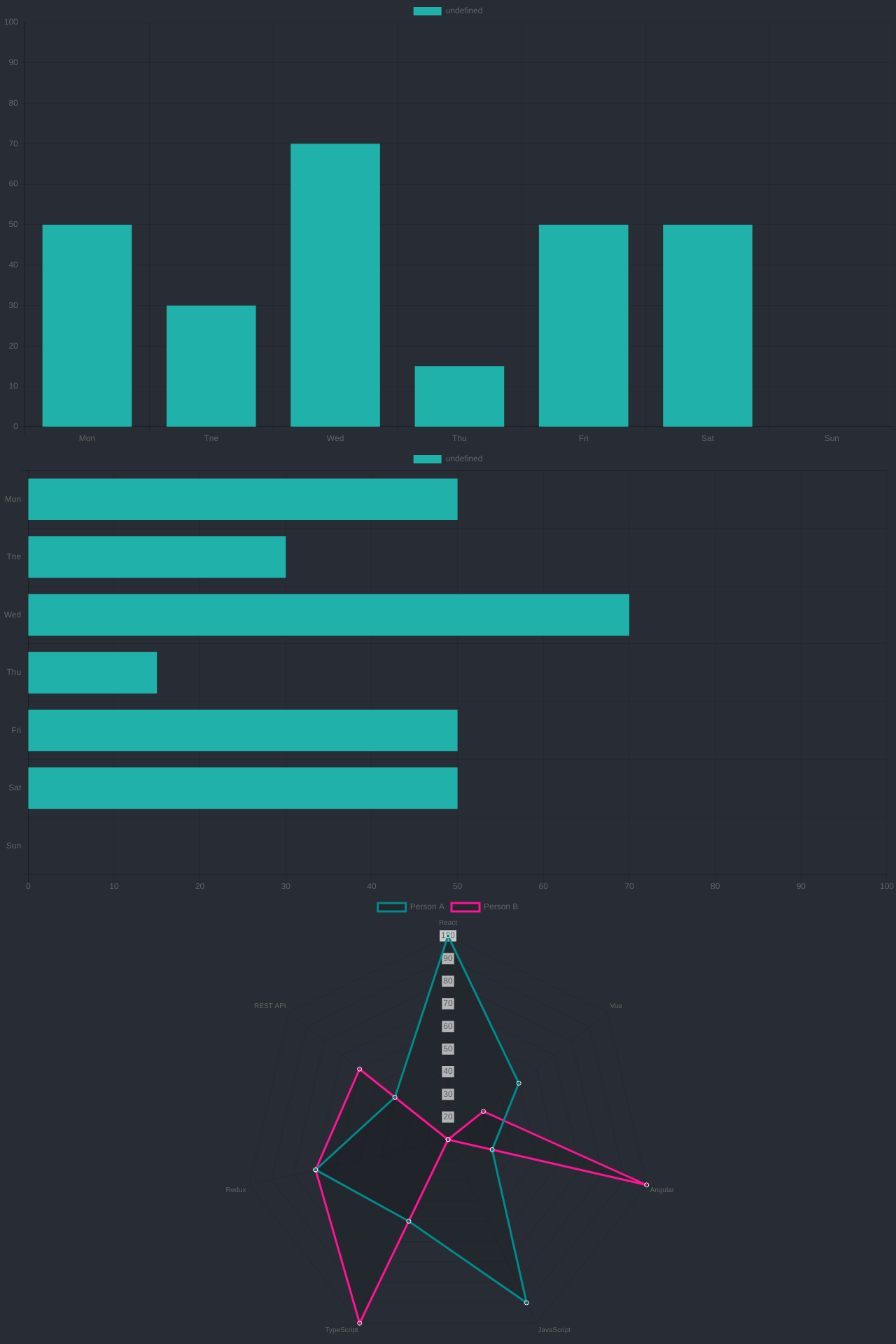
Repository: ShunsukeTanizaki/COVID19-Live
Page: /
The author's editor kept a copy of each file at every save. The page is drawn from the files as they stood at one save, then again after the next save.
The browser window is 1280 px wide. The pictures show the part of the page from y = 1920 to 3840 px (the page is 3840 px tall), at 70% of full size.
The project was rebuilt for these pictures with package versions that can differ from the ones it lists, and the page was loaded fresh each time.

Above is the page before, as saved 2020-11-06 00:18:26.

### src/App.tsx
import React from "react";
// import logo from "./logo.svg";
import "./App.css";
import LinePlot from "./components/LinePlot";
import PiePlot from "./components/PiePlot";
import BarPlot from "./components/BarPlot";
import RaderPlot from "./components/RaderPlot";

function App() {
    return (
        <div className="App">
            <LinePlot />
            <PiePlot />
            <BarPlot />
            <RaderPlot />
        </div>
    );
}

export default App;

### src/App.css
.App {
    background-color: #282c34;
    text-align: center;
}

.App-logo {
    height: 40vmin;
    pointer-events: none;
}

@media (prefers-reduced-motion: no-preference) {
    .App-logo {
        animation: App-logo-spin infinite 20s linear;
    }
}

.App-header {
    background-color: #282c34;
    min-height: 100vh;
    display: flex;
    flex-direction: column;
    align-items: center;
    justify-content: center;
    font-size: calc(10px + 2vmin);
    color: white;
}

.App-link {
    color: #61dafb;
}

@keyframes App-logo-spin {
    from {
        transform: rotate(0deg);
    }
    to {
        transform: rotate(360deg);
    }
}

### src/components/LinePlot.tsx
import React from "react";
import { Line } from "react-chartjs-2";

const data = {
    labels: ["Mon", "Tne", "Wed", "Thu", "Fri", "Sat", "Sun"],
    datasets: [
        {
            label: "Demo Line plot",
            backgroundColor: "#008080",
            borderColor: "#7fffd4",
            pointBorderWidth: 10,
            data: [1, 6, 9, 15, 30, 40, 80]
        }
    ]
};

const LinePlot: React.FC = () => {
    return (
        <div>
            <Line data={data} />
        </div>
    );
};

export default LinePlot;

### src/components/PiePlot.tsx
import React from "react";
import { Pie, Doughnut } from "react-chartjs-2";

const data = {
    labels: ["Windows", "Mac", "Linux"],
    datasets: [
        {
            data: [90, 7, 3],
            backgroundColor: ["#4196e1", "#ff1493", "#FFCE56"],
            hoverBackgroundColor: ["#36A2BE", "#FF6384", "#FFCE56"],
            borderColor: ["transparent", "transparent", "transparent"]
        }
    ]
};

const PiePlot: React.FC = () => {
    return (
        <div>
            <Pie data={data} />
            <Doughnut data={data} />
        </div>
    );
};

export default PiePlot;

### src/components/BarPlot.tsx
import React from "react";
import { Bar, HorizontalBar } from "react-chartjs-2";

const data = {
    labels: ["Mon", "Tne", "Wed", "Thu", "Fri", "Sat", "Sun"],
    datasets: [
        {
            labsl: "Demo bdr plot",
            backgroundColor: "#20b2aa",
            borderColor: "transParent",
            hoverBackgroundColor: "#5f9ea0",
            data: [50, 30, 70, 15, 50, 50, 0, 100]
        }
    ]
};

const BarPlot: React.FC = () => {
    return (
        <div>
            <Bar data={data} />
            <HorizontalBar data={data} />
        </div>
    );
};

export default BarPlot;

### src/components/RaderPlot.tsx
import React from "react";
import { Radar } from "react-chartjs-2";

const data = {
    labels: [
        "React",
        "Vue",
        "Angular",
        "JavaScript",
        "TypeScript",
        "Redux",
        "REST API"
    ],
    datasets: [
        {
            label: "Person A",
            backgloundColor: "rgba(179,181,198,0.2)",
            borderColor: "#008b8b",
            pointBackgloundColor: "#008b8b",
            pointBorderColor: "#fff",
            data: [100, 50, 30, 90, 50, 70, 40]
        },
        {
            label: "Person B",
            backgloundColor: "rgba(179,181,198,0.2)",
            borderColor: "#ff1493",
            pointBackgloundColor: "#ff1493",
            pointBorderColor: "#fff",
            data: [10, 30, 100, 10, 100, 70, 60]
        }
    ]
};
const RaderPlot: React.FC = () => {
    return (
        <div>
            <Radar data={data} />
        </div>
    );
};

export default RaderPlot;

Loaded but not shown: public/index.html (common file); src/index.tsx (common file); src/index.css (common file); src/reportWebVitals.ts (common file)

After the next save:
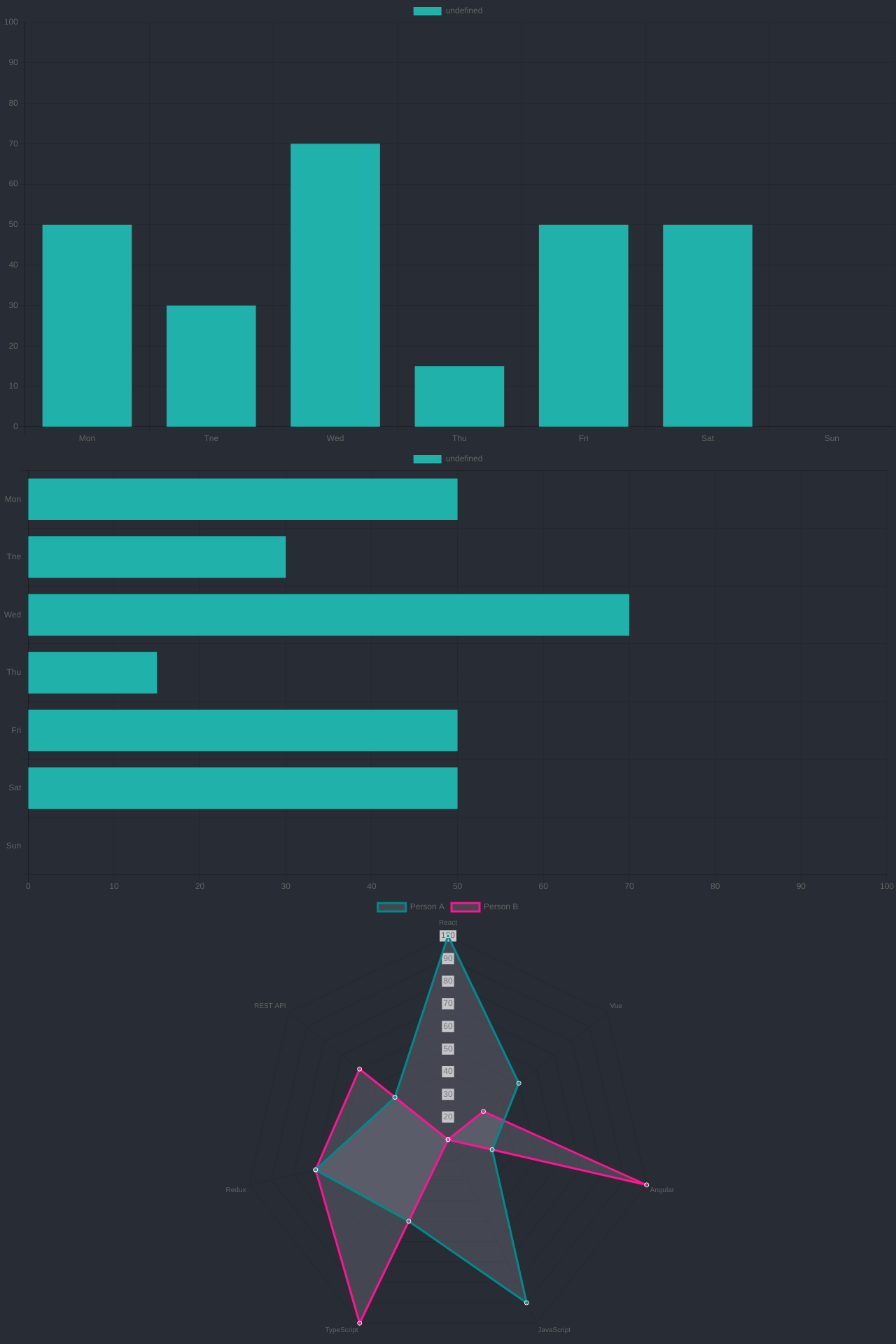
Saved 90 s later.
--- a/src/components/RaderPlot.tsx
+++ b/src/components/RaderPlot.tsx
@@ -14,7 +14,7 @@ const data = {
     datasets: [
         {
             label: "Person A",
-            backgloundColor: "rgba(179,181,198,0.2)",
+            backgroundColor: "rgba(179,181,198,0.2)",
             borderColor: "#008b8b",
             pointBackgloundColor: "#008b8b",
             pointBorderColor: "#fff",
@@ -22,7 +22,7 @@ const data = {
         },
         {
             label: "Person B",
-            backgloundColor: "rgba(179,181,198,0.2)",
+            backgroundColor: "rgba(179,181,198,0.2)",
             borderColor: "#ff1493",
             pointBackgloundColor: "#ff1493",
             pointBorderColor: "#fff",
